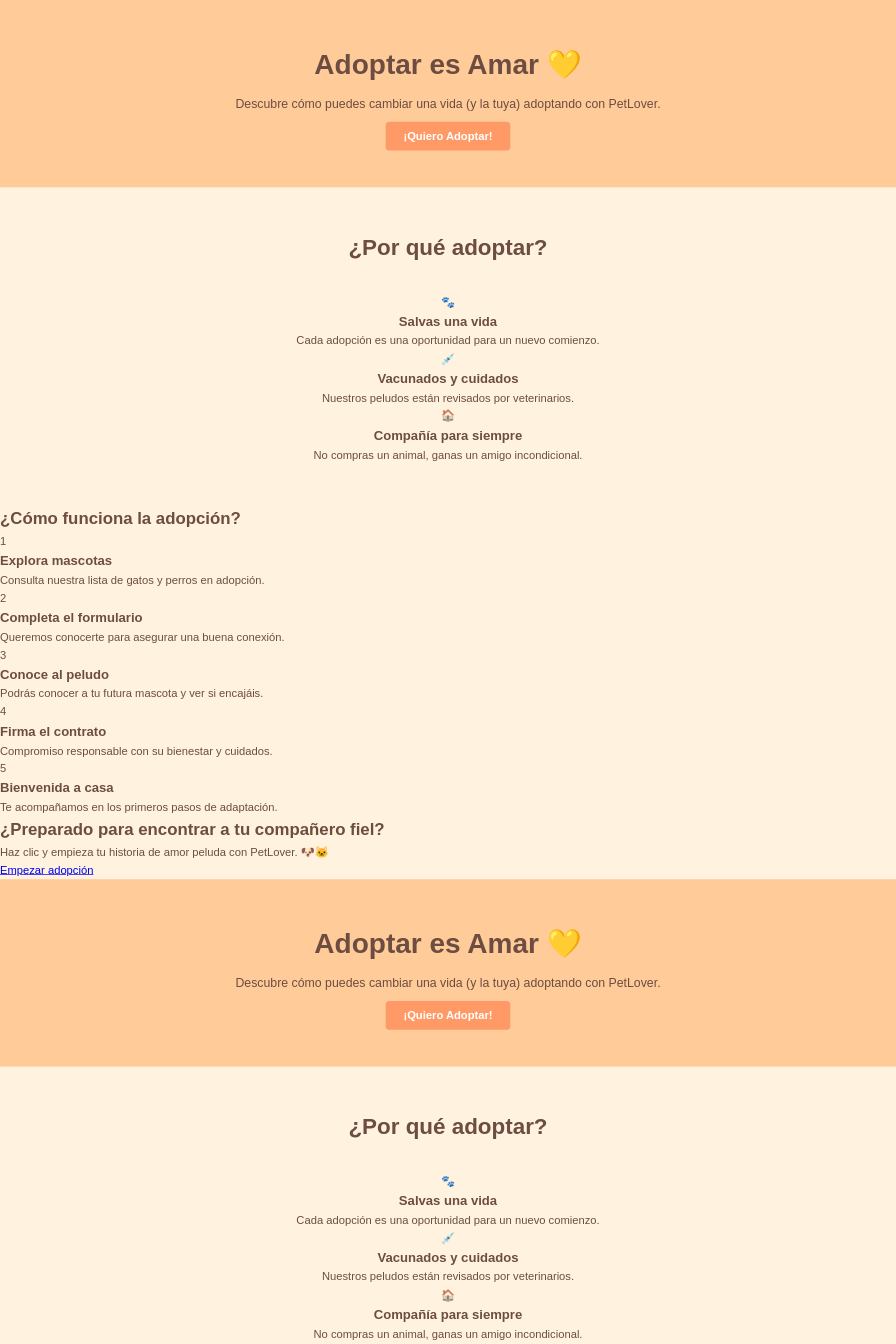
Repository: adriarodrisan/PetLover
Page: Paginas_web/Como_Adoptar.html
The author's editor kept a copy of each file at every save. The page is drawn from the files as they stood at one save, then again after the next save.
The browser window is 1280 px wide. The pictures show the part of the page from y = 0 to 1920 px (the page is 3768 px tall before and 3614 px after), at 70% of full size.

Above is the page before, as saved 2025-05-07 14:18:19.

After the next save:
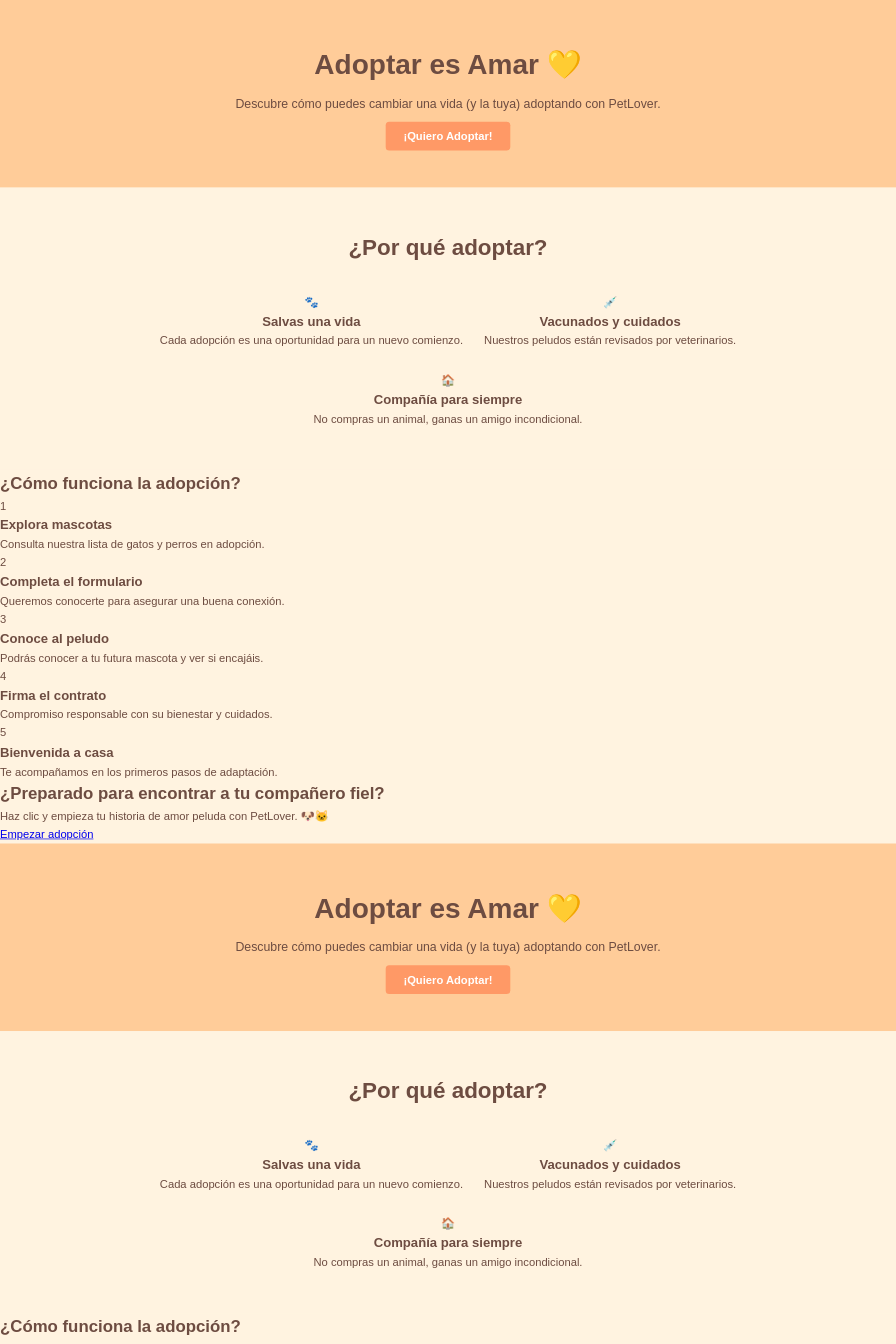
Saved 2 min 11 s later.
--- a/Paginas_web/Css_Paginas/Como_Adoptar.css
+++ b/Paginas_web/Css_Paginas/Como_Adoptar.css
@@ -1,3 +1,57 @@
+* {
+    margin: 0;
+    padding: 0;
+    box-sizing: border-box;
+  }
+  body {
+    font-family: 'Arial', sans-serif;
+    background-color: #fff3e0;
+    color: #6d4c41;
+    line-height: 1.6;
+  }
+  .hero-adopcion {
+    background-color: #ffcc99;
+    padding: 60px 20px;
+    text-align: center;
+  }
+  .contenedor-hero h1 {
+    font-size: 2.5rem;
+    margin-bottom: 10px;
+  }
+
+  .contenedor-hero p {
+    font-size: 1.1rem;
+    margin-bottom: 20px;
+  }
+  .btn-hero {
+    background-color: #ff9966;
+    color: white;
+    padding: 12px 25px;
+    border-radius: 5px;
+    text-decoration: none;
+    font-weight: bold;
+    transition: background 0.3s;
+  }
+
+  .btn-hero:hover {
+    background-color: #ff7043;
+  }
+  .bloques-beneficios {
+    padding: 60px 30px;
+    text-align: center;
+    background-color: #fff3e0;
+  }
+
+  .bloques-beneficios h2 {
+    font-size: 2rem;
+    margin-bottom: 40px;
+  }
+  .grid-beneficios {
+    display: flex;
+    justify-content: center;
+    gap: 30px;
+    flex-wrap: wrap;
+  }
 * {
     margin: 0;
     padding: 0;
